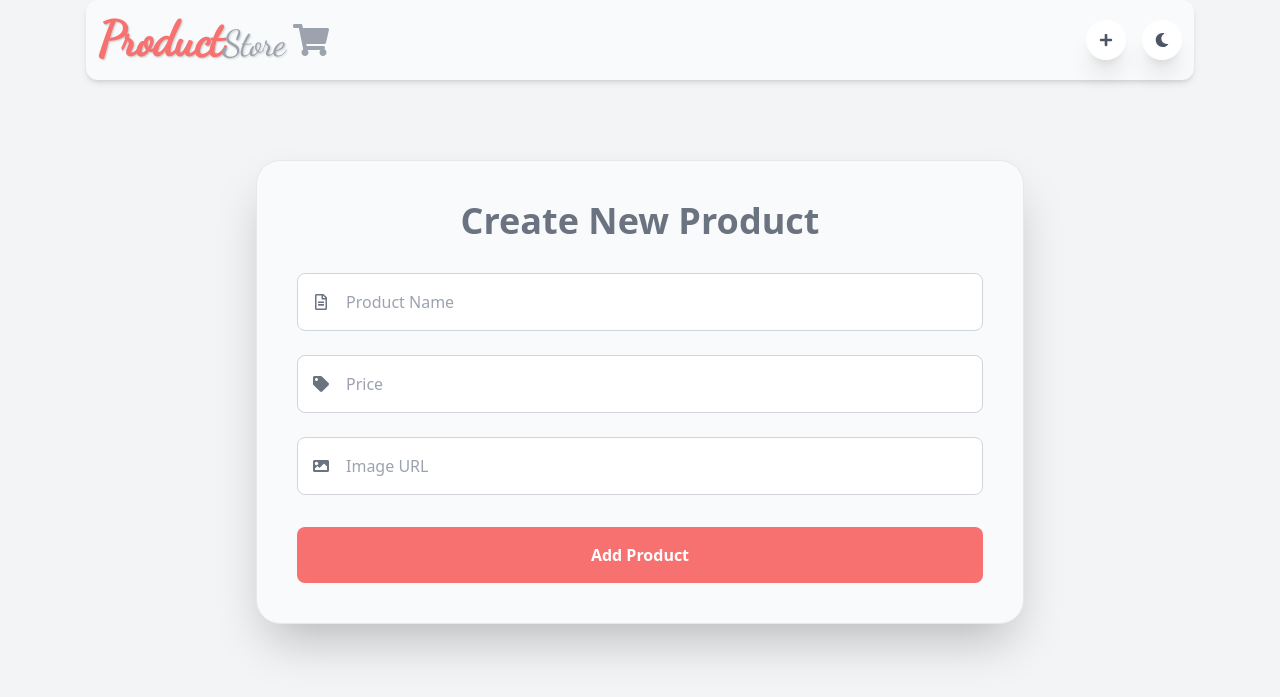
Repository: xarrkhan001/Mern-stack-Project
Page: /create (app in frontend/)
An editor plug-in stored every save of this project. The page is shown before and after the next save, followed by the edit.
The browser window is 1280 px wide. The pictures show the whole page.
The project was rebuilt for these pictures with package versions that can differ from the ones it lists, and the page was loaded fresh each time. Also part of the build but not shown: frontend/vite.config.js, frontend/src/pages/HomePage.jsx.

Above is the page before, as saved 2025-03-06 14:05:58.

After the next save:
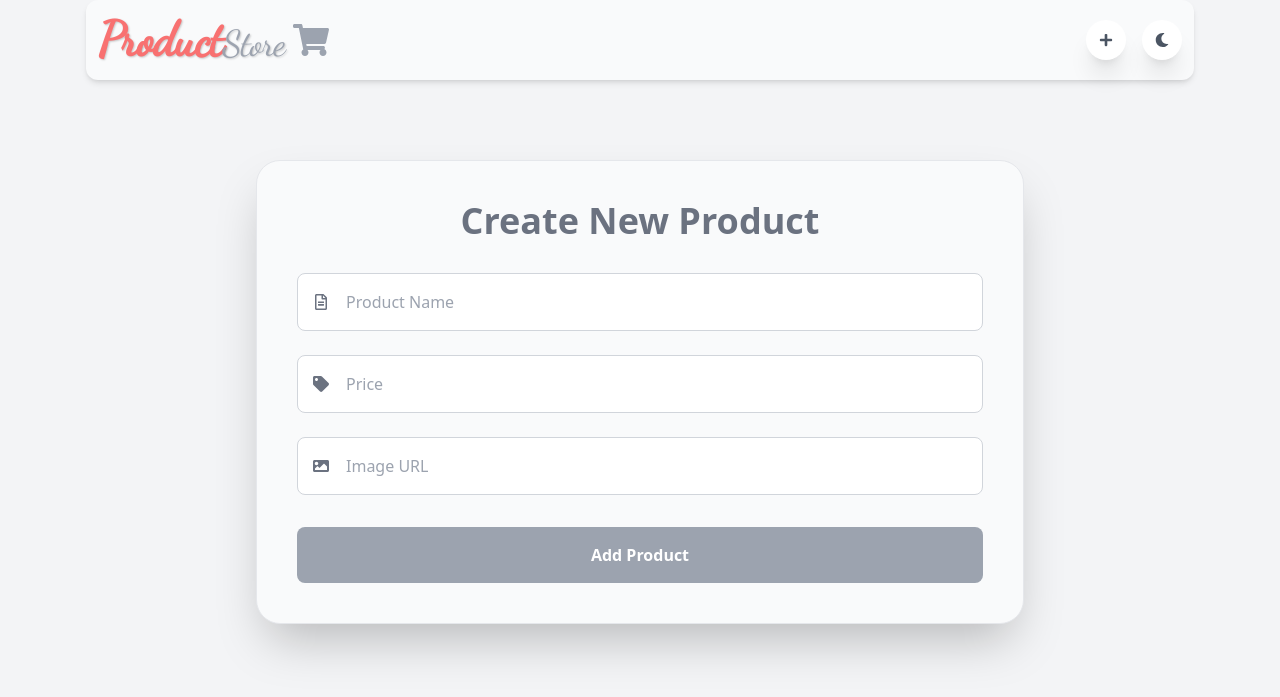
Saved 6 min 4 s later.
--- a/frontend/src/pages/CreatePage.jsx
+++ b/frontend/src/pages/CreatePage.jsx
@@ -9,40 +9,85 @@
     price: "",
     image: "",
   });
+  const [errorMessage, setErrorMessage] = useState(""); // For error message
+  const [loading, setLoading] = useState(false); // To show loading state
+  const { createProduct } = useProductStore();
 
-  const { createProduct } = useProductStore();
   const handleChange = (e) => {
     const { name, value } = e.target;
     setNewProduct((prevProduct) => ({
       ...prevProduct,
       [name]: value,
     }));
+    setErrorMessage(""); // Reset error message when user modifies the field
   };
 
-  const handleSubmit = async () => {
-    const { success, message } = await createProduct(newProduct);
-    console.log("Success", success);
-    console.log("Message", message);
+  const validateForm = () => {
+    if (!newProduct.name || !newProduct.price || !newProduct.image) {
+      setErrorMessage("All fields are required.");
+      return false;
+    }
+    if (isNaN(newProduct.price) || newProduct.price <= 0) {
+      setErrorMessage("Please enter a valid price.");
+      return false;
+    }
+    return true;
+  };
+
+  const handleSubmit = async (e) => {
+    e.preventDefault();
+
+    if (!validateForm()) return; // If form is invalid, stop submitting.
+
+    setLoading(true); // Start loading
+    setErrorMessage(""); // Reset error message
+
+    try {
+      const { success, message } = await createProduct(newProduct);
+      if (!success) {
+        setErrorMessage(message || "Something went wrong!");
+      } else {
+        // Reset form fields after successful product creation
+        setNewProduct({ name: "", price: "", image: "" });
+        alert("Product created successfully!");
+      }
+    } catch (error) {
+      setErrorMessage("Failed to create product. Please try again.");
+    } finally {
+      setLoading(false); // Stop loading
+    }
   };
 
   return (
     <div className="flex justify-center items-center pt-20 px-4 sm:px-6 md:px-8 lg:px-16">
       <motion.div
         className="max-w-md lg:max-w-3xl w-full bg-gray-50 dark:bg-gray-800 p-8 sm:p-10 shadow-2xl rounded-3xl border border-gray-200 dark:border-gray-700"
-        initial={{ opacity: 0, y: 50 }} // Start from invisible and slightly down
-        animate={{ opacity: 1, y: 0 }} // Fade in and move to normal position
+        initial={{ opacity: 0, y: 50 }}
+        animate={{ opacity: 1, y: 0 }}
         transition={{ duration: 0.8 }}
       >
         <h1 className="text-3xl sm:text-4xl font-bold text-gray-500 dark:text-gray-200 text-center mb-8">
           Create New Product
         </h1>
 
+        {/* Error Message */}
+        {errorMessage && (
+          <motion.div
+            className="text-red-500 text-center mb-4"
+            initial={{ opacity: 0 }}
+            animate={{ opacity: 1 }}
+            transition={{ duration: 0.3 }}
+          >
+            {errorMessage}
+          </motion.div>
+        )}
+
         <form onSubmit={handleSubmit}>
           {/* Product Name Field */}
           <motion.div
             className="mb-6 relative"
-            initial={{ opacity: 0, y: 20 }} // Start from invisible and slightly down
-            animate={{ opacity: 1, y: 0 }} // Fade in and move to normal position
+            initial={{ opacity: 0, y: 20 }}
+            animate={{ opacity: 1, y: 0 }}
             transition={{ duration: 0.5, delay: 0.2 }}
           >
             <input
@@ -59,8 +104,8 @@
           {/* Product Price Field */}
           <motion.div
             className="mb-6 relative"
-            initial={{ opacity: 0, y: 20 }} // Start from invisible and slightly down
-            animate={{ opacity: 1, y: 0 }} // Fade in and move to normal position
+            initial={{ opacity: 0, y: 20 }}
+            animate={{ opacity: 1, y: 0 }}
             transition={{ duration: 0.5, delay: 0.4 }}
           >
             <input
@@ -77,8 +122,8 @@
           {/* Image URL Field */}
           <motion.div
             className="mb-8 relative"
-            initial={{ opacity: 0, y: 20 }} // Start from invisible and slightly down
-            animate={{ opacity: 1, y: 0 }} // Fade in and move to normal position
+            initial={{ opacity: 0, y: 20 }}
+            animate={{ opacity: 1, y: 0 }}
             transition={{ duration: 0.5, delay: 0.6 }}
           >
             <input
@@ -95,15 +140,28 @@
           {/* Submit Button */}
           <motion.div
             className="text-center"
-            initial={{ opacity: 0 }} // Start from invisible
-            animate={{ opacity: 1 }} // Fade in
+            initial={{ opacity: 0 }}
+            animate={{ opacity: 1 }}
             transition={{ duration: 0.5, delay: 0.8 }}
           >
             <button
               type="submit"
-              className="w-full p-4 bg-red-400 text-white font-semibold rounded-lg hover:bg-red-500 focus:ring-4 focus:ring-red-200 transition duration-300 transform hover:scale-105"
+              disabled={
+                loading ||
+                !newProduct.name ||
+                !newProduct.price ||
+                !newProduct.image
+              }
+              className={`w-full p-4 ${
+                loading ||
+                !newProduct.name ||
+                !newProduct.price ||
+                !newProduct.image
+                  ? "bg-gray-400 cursor-not-allowed"
+                  : "bg-red-400 hover:bg-red-500"
+              } text-white font-semibold rounded-lg focus:ring-4 focus:ring-red-200 transition duration-300 transform hover:scale-105`}
             >
-              Add Product
+              {loading ? "Creating..." : "Add Product"}
             </button>
           </motion.div>
         </form>

After the save that followed:
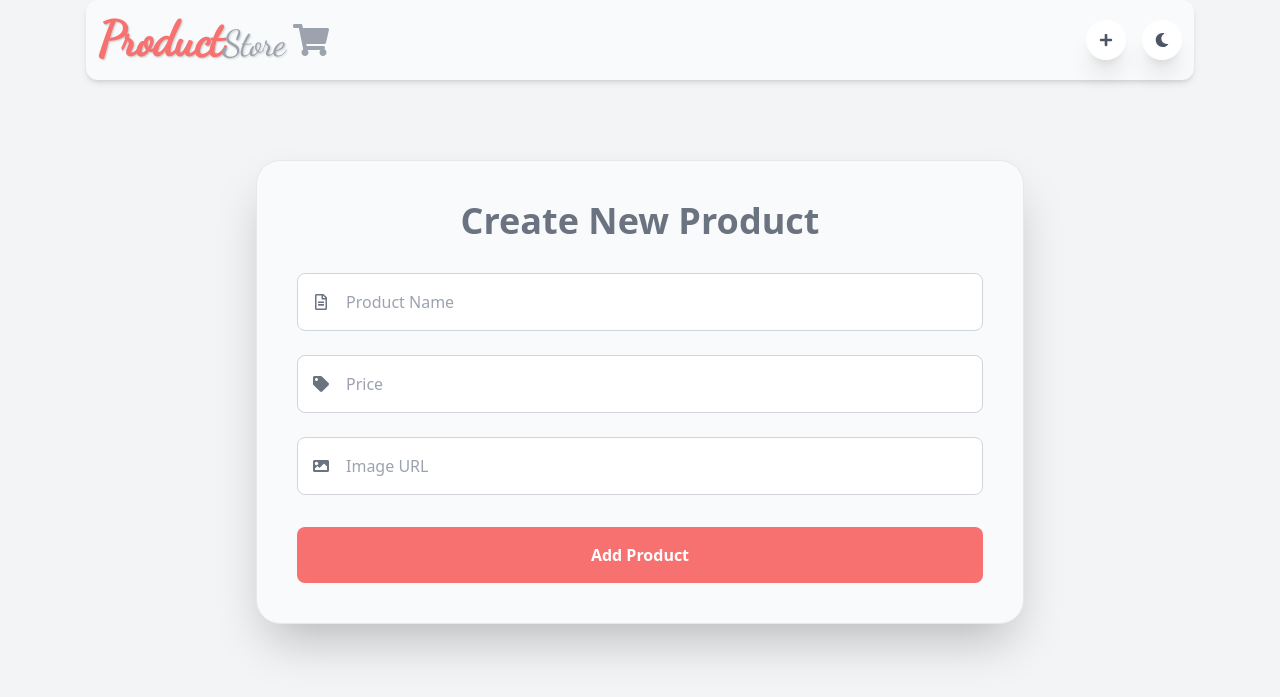
Saved 62 s later.
--- a/frontend/src/pages/CreatePage.jsx
+++ b/frontend/src/pages/CreatePage.jsx
@@ -9,85 +9,40 @@
     price: "",
     image: "",
   });
-  const [errorMessage, setErrorMessage] = useState(""); // For error message
-  const [loading, setLoading] = useState(false); // To show loading state
+
   const { createProduct } = useProductStore();
-
   const handleChange = (e) => {
     const { name, value } = e.target;
     setNewProduct((prevProduct) => ({
       ...prevProduct,
       [name]: value,
     }));
-    setErrorMessage(""); // Reset error message when user modifies the field
   };
 
-  const validateForm = () => {
-    if (!newProduct.name || !newProduct.price || !newProduct.image) {
-      setErrorMessage("All fields are required.");
-      return false;
-    }
-    if (isNaN(newProduct.price) || newProduct.price <= 0) {
-      setErrorMessage("Please enter a valid price.");
-      return false;
-    }
-    return true;
-  };
-
-  const handleSubmit = async (e) => {
-    e.preventDefault();
-
-    if (!validateForm()) return; // If form is invalid, stop submitting.
-
-    setLoading(true); // Start loading
-    setErrorMessage(""); // Reset error message
-
-    try {
-      const { success, message } = await createProduct(newProduct);
-      if (!success) {
-        setErrorMessage(message || "Something went wrong!");
-      } else {
-        // Reset form fields after successful product creation
-        setNewProduct({ name: "", price: "", image: "" });
-        alert("Product created successfully!");
-      }
-    } catch (error) {
-      setErrorMessage("Failed to create product. Please try again.");
-    } finally {
-      setLoading(false); // Stop loading
-    }
+  const handleSubmit = async () => {
+    const { success, message } = await createProduct(newProduct);
+    console.log("Success", success);
+    console.log("Message", message);
   };
 
   return (
     <div className="flex justify-center items-center pt-20 px-4 sm:px-6 md:px-8 lg:px-16">
       <motion.div
         className="max-w-md lg:max-w-3xl w-full bg-gray-50 dark:bg-gray-800 p-8 sm:p-10 shadow-2xl rounded-3xl border border-gray-200 dark:border-gray-700"
-        initial={{ opacity: 0, y: 50 }}
-        animate={{ opacity: 1, y: 0 }}
+        initial={{ opacity: 0, y: 50 }} // Start from invisible and slightly down
+        animate={{ opacity: 1, y: 0 }} // Fade in and move to normal position
         transition={{ duration: 0.8 }}
       >
         <h1 className="text-3xl sm:text-4xl font-bold text-gray-500 dark:text-gray-200 text-center mb-8">
           Create New Product
         </h1>
 
-        {/* Error Message */}
-        {errorMessage && (
-          <motion.div
-            className="text-red-500 text-center mb-4"
-            initial={{ opacity: 0 }}
-            animate={{ opacity: 1 }}
-            transition={{ duration: 0.3 }}
-          >
-            {errorMessage}
-          </motion.div>
-        )}
-
         <form onSubmit={handleSubmit}>
           {/* Product Name Field */}
           <motion.div
             className="mb-6 relative"
-            initial={{ opacity: 0, y: 20 }}
-            animate={{ opacity: 1, y: 0 }}
+            initial={{ opacity: 0, y: 20 }} // Start from invisible and slightly down
+            animate={{ opacity: 1, y: 0 }} // Fade in and move to normal position
             transition={{ duration: 0.5, delay: 0.2 }}
           >
             <input
@@ -104,8 +59,8 @@
           {/* Product Price Field */}
           <motion.div
             className="mb-6 relative"
-            initial={{ opacity: 0, y: 20 }}
-            animate={{ opacity: 1, y: 0 }}
+            initial={{ opacity: 0, y: 20 }} // Start from invisible and slightly down
+            animate={{ opacity: 1, y: 0 }} // Fade in and move to normal position
             transition={{ duration: 0.5, delay: 0.4 }}
           >
             <input
@@ -122,8 +77,8 @@
           {/* Image URL Field */}
           <motion.div
             className="mb-8 relative"
-            initial={{ opacity: 0, y: 20 }}
-            animate={{ opacity: 1, y: 0 }}
+            initial={{ opacity: 0, y: 20 }} // Start from invisible and slightly down
+            animate={{ opacity: 1, y: 0 }} // Fade in and move to normal position
             transition={{ duration: 0.5, delay: 0.6 }}
           >
             <input
@@ -140,28 +95,15 @@
           {/* Submit Button */}
           <motion.div
             className="text-center"
-            initial={{ opacity: 0 }}
-            animate={{ opacity: 1 }}
+            initial={{ opacity: 0 }} // Start from invisible
+            animate={{ opacity: 1 }} // Fade in
             transition={{ duration: 0.5, delay: 0.8 }}
           >
             <button
               type="submit"
-              disabled={
-                loading ||
-                !newProduct.name ||
-                !newProduct.price ||
-                !newProduct.image
-              }
-              className={`w-full p-4 ${
-                loading ||
-                !newProduct.name ||
-                !newProduct.price ||
-                !newProduct.image
-                  ? "bg-gray-400 cursor-not-allowed"
-                  : "bg-red-400 hover:bg-red-500"
-              } text-white font-semibold rounded-lg focus:ring-4 focus:ring-red-200 transition duration-300 transform hover:scale-105`}
+              className="w-full p-4 bg-red-400 text-white font-semibold rounded-lg hover:bg-red-500 focus:ring-4 focus:ring-red-200 transition duration-300 transform hover:scale-105"
             >
-              {loading ? "Creating..." : "Add Product"}
+              Add Product
             </button>
           </motion.div>
         </form>
